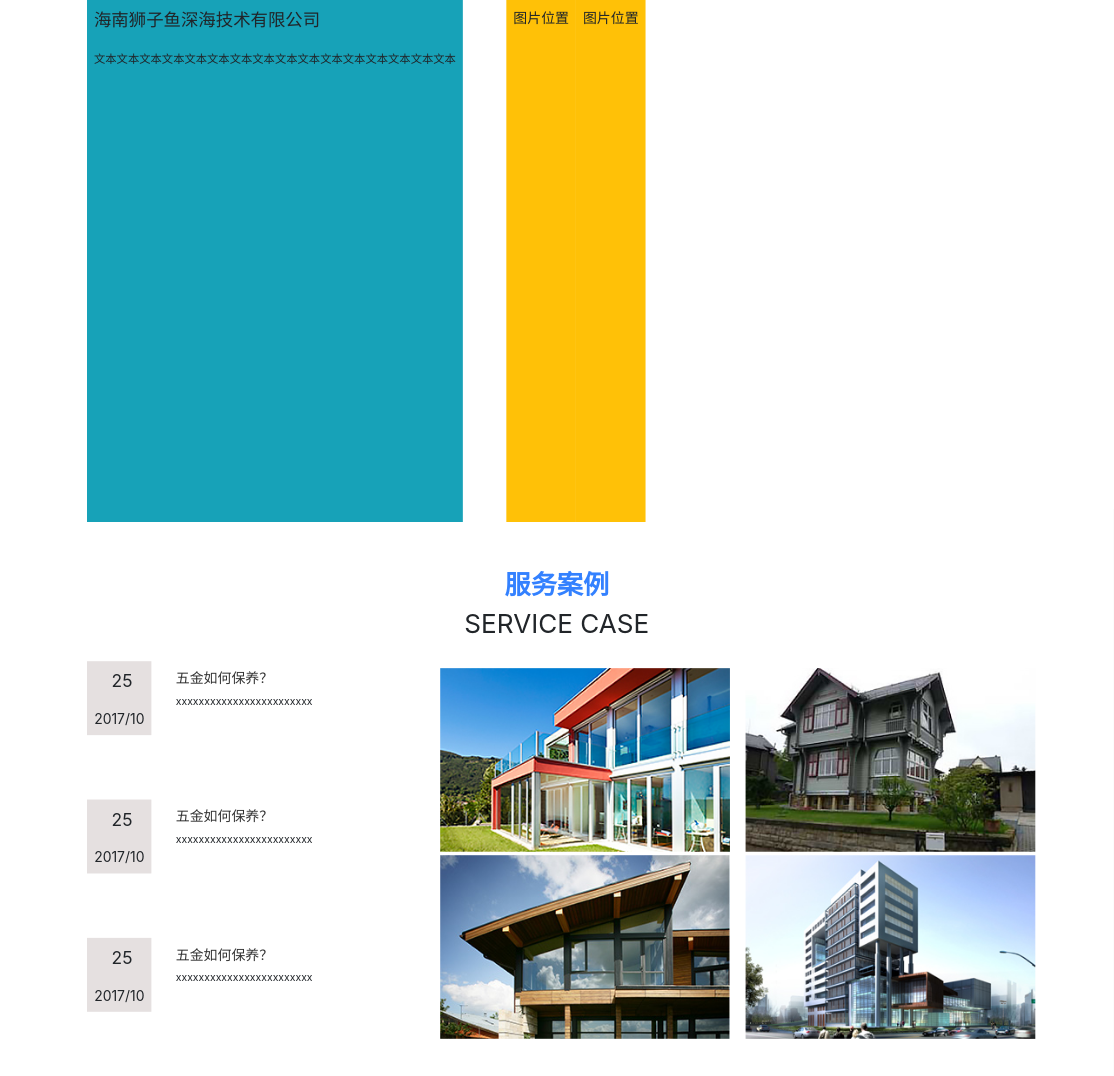
Repository: Noitom/Hadalsnailfish
Page: src/main/resources/static/html/main.html
The author's editor kept a copy of each file at every save. The page is drawn from the files as they stood at one save, then again after the next save.
The browser window is 1280 px wide. The pictures show the whole page, at 87% of full size.

Above is the page before, as saved 2021-12-14 18:03:34.
Console error: TypeError: Cannot read properties of undefined (reading 'offsetTop')

### src/main/resources/static/html/main.html
<!DOCTYPE html>
<html lang="zh-CN">
<head>
    <meta charset="utf-8">
    <meta http-equiv="X-UA-Compatible" content="IE=edge">
    <meta name="viewport" content="width=device-width, initial-scale=1">
    <title>深海狮子鱼</title>
    <link href="../bootstrap/css/bootstrap.min.css" rel="stylesheet">
    <link href="../css/cl-css.css" rel="stylesheet">
    <link href="../font-awesome/css/font-awesome.min.css" rel="stylesheet">
    <link href="../element/element.css" rel="stylesheet" type="text/css">
    <link href="../bootstrap/css/bootstrap-responsive.min.css" rel="stylesheet" type="text/css">
    <style>
        .el-carousel__item h3 {
            color: #475669;
            font-size: 14px;
            opacity: 0.75;
            line-height: 150px;
            margin: 0;
        }

        .el-row {
            margin-bottom: 20px;
        &:last-child {
             margin-bottom: 0;
         }
        }
        .el-col {
            border-radius: 4px;
        }
        .bg-purple-dark {
            background: #99a9bf;
        }
        .bg-purple {
            background: #d3dce6;
        }
        .bg-purple-light {
            background: #e5e9f2;
        }
        .grid-content {
            border-radius: 4px;
            min-height: 36px;
        }
        .row-bg {
            padding: 10px 0;
            background-color: #f9fafc;
        }
        .szy-contact-way{
            width: 220px;
            height: 230px;
            border: 2px solid #d4d0d0;
            padding-top: 30px;
            padding-bottom: 20px;
        }

    </style>
</head>
<body>
<div id="app" style="background:#fff;">
    <!--首页其他内容展示-->

    <div class="container d-flex flex-wrap szy-tow justify-content-between">
        <div class="d-flex flex-row container">
            <div class="p-2 bg-info szy-tow-1" style="margin-right: 50px;">
                <p>海南狮子鱼深海技术有限公司</p>
                <span>文本文本文本文本文本文本文本文本文本文本文本文本文本文本文本文本</span>
            </div>
            <div class="p-2 bg-warning ">图片位置</div>
            <div class="p-2 bg-warning ">图片位置</div>
          </div>
        <!-- <div class="szy-tow">
            <p>海南狮子鱼深海技术有限公司</p>
            <span>文本文本文本文本文本文本文本文本文本文本文本文本文本文本文本文本</span>
        </div>
        <div class="szy-tow-one">
        </div> -->
        <!-- <transition enter-active-class="animated bounceInRight">
            <div class="container-tow" style="background: url(../img/border.webp);" ref="part1" v-show="part1flag">
                <span class="word">关于我们:</span>
                <div class="word-1">
                    <span>{{message}}</span></div>
                <div class="image-1" style="background: url(../img/img-1.webp) no-repeat;"></div>
                <div class="image-2" style="background: url(../img/img-2.webp);"></div>
                <div class="but-1">
                    <a href="#">
                        <span>xxxx</span>
                    </a>
                </div>
                <div class="but-2">
                    <span> > </span>
                    </a>
                </div>
            </div>
        </transition> -->
    </div>


    <!-- <div class="jumbotron">
    <div class="container">
    展示内容预留位置
    </div> -->

    <!-- </div> -->

    <!--首页其他内容展示-->
    <!--<div class="container-fluid"-->
         <!--style="background: url('../img/AD0Iz_PkBhACGAAgvZLxygUo8LKV8AYwgA844QU.jpg') repeat-y center;height: 737px;width: 100%">-->
        <!--<div class="container">-->
            <!--<div style="width: 1200px;">-->
                <!--<transition enter-active-class="animated bounceInRight">-->
                    <!--<div class="row" ref="part2" v-show="part2flag">-->
                        <!--<div class="col-md-4"-->
                             <!--style="height: 735px;background: url('../img/AD0Iz_PkBhAEGAAgu5LxygUomNWtNzDgAjjWAw.png.webp') no-repeat center;">-->
                            <!--<div class="d-flex flex-column justify-content-around align-items-center"-->
                                 <!--style="height: 735px;padding-bottom: 150px;padding-top: 150px">-->
                                <!--<div class="p-2">-->
                                    <!--<p style="color: rgb(255, 255, 255); font-family: 微软雅黑; font-size: 54px; background-color: transparent;">-->
                                        <!--我们的优势</p>-->
                                    <!--<p style="font-family: 微软雅黑; color: rgb(255, 255, 255); font-size: 22px;">-->
                                        <!--15年经验铸就坚硬的品牌理念</p>-->
                                <!--</div>-->
                                <!--<div class="p-2">-->
                                    <!--<div style="position: relative;right: 50px">-->
                                        <!--<p style="color: rgb(255, 255, 255);  font-size: 18px; background-color: transparent;">-->
                                            <!--FINAL QUALITY OF INTERNATIONAL</p>-->
                                        <!--<p style="color: rgb(255, 255, 255); font-family: 微软雅黑; font-size: 18px; background-color: transparent;">-->
                                            <!--&nbsp;&nbsp;&nbsp;&nbsp;&nbsp;&nbsp;&nbsp;&nbsp;&nbsp;&nbsp;&nbsp;&nbsp;&nbsp;&nbsp;&nbsp;&nbsp;&nbsp;&nbsp;&nbsp;&nbsp;&nbsp;ADVANCED-->
                                            <!--TECHNOLOGY</p>-->
                                    <!--</div>-->
                                <!--</div>-->
                            <!--</div>-->
                        <!--</div>-->
                        <!--<div class="col-md-7" style="height: 735px;">-->
                            <!--<div class="d-flex flex-column justify-content-around align-items-center"-->
                                 <!--style="height: 735px;padding-bottom: 100px;padding-top: 100px;padding-left: 100px">-->
                                <!--<div class="d-flex flex-row " style=" height: 100px;width: 100%">-->
                                    <!--<img src="../img/AD0Iz_PkBhAEGAAgupLxygUotcqk4QMwVThV.png.webp"-->
                                         <!--style="height: 85px;width: 85px">-->
                                    <!--<div class="d-flex flex-column" style="padding-left: 50px">-->
                                        <!--<p class="szy-yahei-22px-blue">国际认证品牌</p>-->
                                        <!--<p class="szy-yahei-18px-white">CERUFICATION</p>-->
                                        <!--<p class="szy-yahei-16px-white">一系列突破性的创新给了我们公司的产品当之无愧的全球声誉</p>-->
                                    <!--</div>-->
                                <!--</div>-->
                                <!--<div class="d-flex flex-row " style=" height: 100px;width: 100%">-->
                                    <!--<img src="../img/AD0Iz_PkBhAEGAAguJLxygUoqpuiGzBVOFU.png.webp"-->
                                         <!--style="height: 85px;width: 85px">-->
                                    <!--<div class="d-flex flex-column" style="padding-left: 50px">-->
                                        <!--<p class="szy-yahei-22px-blue">国际认证品牌</p>-->
                                        <!--<p class="szy-yahei-18px-white">CERUFICATION</p>-->
                                        <!--<p class="szy-yahei-16px-white">一系列突破性的创新给了我们公司的产品当之无愧的全球声誉</p>-->
                                    <!--</div>-->
                                <!--</div>-->
                                <!--<div class="d-flex flex-row " style=" height: 100px;width: 100%">-->
                                    <!--<img src="../img/AD0Iz_PkBhAEGAAgu5LxygUozp2n1AIwVThV.png.webp"-->
                                         <!--style="height: 85px;width: 85px">-->
                                    <!--<div class="d-flex flex-column" style="padding-left: 50px">-->
                                        <!--<p class="szy-yahei-22px-blue">国际认证品牌</p>-->
                                        <!--<p class="szy-yahei-18px-white">CERUFICATION</p>-->
                                        <!--<p class="szy-yahei-16px-white">一系列突破性的创新给了我们公司的产品当之无愧的全球声誉</p>-->
                                    <!--</div>-->
                                <!--</div>-->
                            <!--</div>-->
                        <!--</div>-->
                    <!--</div>-->
                <!--</transition>-->
            <!--</div>-->
        <!--</div>-->
    <!--</div>-->

    <!--<div class="jumbotron-i">-->
        <!--<transition enter-active-class="animated bounceInRight">-->
            <!--<div class="container" ref="part3" v-show="part3flag">-->

                <!--<div class="d-flex flex-column justify-content-around" style="height: 670px;">-->
                    <!--<div class="d-flex flex-column justify-content-around" style="height: 200px;width: 100%">-->
                        <!--<div>-->
                            <!--<h2>产品介绍</h2>-->
                            <!--<h5>PRODUCT INTRODUCTION</h5>-->
                        <!--</div>-->
                    <!--</div>-->
                    <!--<div class="d-flex flex-row justify-content-around" style="height: 470px;width: 100%">-->
                        <!--<div style="height: 360px;width: 250px;">-->
                            <!--<img src="../img/chanping1.webp" class="szy-index-img">-->
                            <!--<p style="font-size: 30px; text-align:center">xxx</p>-->
                        <!--</div>-->
                        <!--<div style="height: 360px;width: 250px;">-->
                            <!--<img src="../img/chanping1.webp" class="szy-index-img">-->
                            <!--<p style="font-size: 30px; text-align:center">xxx</p>-->
                        <!--</div>-->
                        <!--<div style="height: 360px;width: 250px;">-->
                            <!--<img src="../img/chanping1.webp" class="szy-index-img">-->
                            <!--<p style="font-size: 30px; text-align:center">xxx</p>-->
                        <!--</div>-->
                        <!--<div style="height: 360px;width: 250px;">-->
                            <!--<img src="../img/chanping1.webp" class="szy-index-img">-->
                            <!--<p style="font-size: 30px; text-align:center">xxx</p>-->
                        <!--</div>-->
                    <!--</div>-->
                <!--</div>-->

            <!--</div>-->
        <!--</transition>-->
    <!--</div>-->

    <!--<div class="container-fluid"-->
         <!--style="background: url('../img/AD0Iz_PkBhACGAAgvZLxygUo3KbZmwUwgA842gQ.jpg') repeat-y center;height: 600px;width: 100%">-->
        <!--<transition enter-active-class="animated bounceInRight">-->
            <!--<div class="container" ref="part4" v-show="part4flag">-->
                <!--<div class="d-flex flex-column justify-content-around "-->
                     <!--style="width: 1200px;height: 600px;padding-bottom: 100px;padding-top: 100px">-->
                    <!--<div>-->
                        <!--<p style="font-family: 微软雅黑; font-size: 30px; color: rgb(255, 255, 255);margin-bottom: 0">-->
                            <!--制造工艺流程</p>-->
                        <!--<p style="font-family: 微软雅黑; font-size: 15px; color: rgb(0, 0, 0);">MANUFACTURING PROCESS</p>-->
                    <!--</div>-->
                    <!--<div class="d-flex flex-column justify-content-around " style="width: 100%;height: 300px;">-->
                        <!--<div style="position: relative;left: 75px;margin-bottom: 10px;padding-top: 25px">-->
                            <!--<img src="../img/AD0Iz_PkBhAEGAAg0P3xygUomLSmbjCgCDgU.png.webp">-->
                        <!--</div>-->
                        <!--<div class="d-flex justify-content-between ">-->
                            <!--<div class="d-flex flex-column align-items-center">-->
                                <!--<img src="../img/AD0Iz_PkBhAEGAAg6-3xygUooLKNxwcwmAE4mAE.png.webp">-->
                                <!--<p style="font-family: 微软雅黑; font-size: 16px; color: rgb(255, 255, 255);margin-top: 20px">-->
                                    <!--确认需求</p>-->
                            <!--</div>-->
                            <!--<div class="d-flex flex-column align-items-center">-->
                                <!--<img src="../img/AD0Iz_PkBhAEGAAg6-3xygUooLKNxwcwmAE4mAE.png.webp">-->
                                <!--<p style="font-family: 微软雅黑; font-size: 16px; color: rgb(255, 255, 255);margin-top: 20px">-->
                                    <!--确认需求</p>-->
                            <!--</div>-->
                            <!--<div class="d-flex flex-column align-items-center">-->
                                <!--<img src="../img/AD0Iz_PkBhAEGAAg6-3xygUooLKNxwcwmAE4mAE.png.webp">-->
                                <!--<p style="font-family: 微软雅黑; font-size: 16px; color: rgb(255, 255, 255);margin-top: 20px">-->
                                    <!--确认需求</p>-->
                            <!--</div>-->
                            <!--<div class="d-flex flex-column align-items-center">-->
                                <!--<img src="../img/AD0Iz_PkBhAEGAAg6-3xygUooLKNxwcwmAE4mAE.png.webp">-->
                                <!--<p style="font-family: 微软雅黑; font-size: 16px; color: rgb(255, 255, 255);margin-top: 20px">-->
                                    <!--确认需求</p>-->
                            <!--</div>-->
                            <!--<div class="d-flex flex-column align-items-center">-->
                                <!--<img src="../img/AD0Iz_PkBhAEGAAg6-3xygUooLKNxwcwmAE4mAE.png.webp">-->
                                <!--<p style="font-family: 微软雅黑; font-size: 16px; color: rgb(255, 255, 255);margin-top: 20px">-->
                                    <!--确认需求</p>-->
                            <!--</div>-->
                        <!--</div>-->
                    <!--</div>-->
                <!--</div>-->
            <!--</div>-->
        <!--</transition>-->
    <!--</div>-->


    <div class="container-fluid">
        <div class="d-flex flex-column">
            <div class="d-flex flex-column align-items-center" style="height: 100px;margin-top:30px;">
                <p style="font-size: 30px;color: #3381ff;margin-bottom: 0;margin-top:20px;;font-weight:bold">服务案例</p>
                <p style="font-size: 30px">SERVICE CASE</p>
            </div>
            <div style="margin-top: 30px">
                <div class="d-flex flex-row justify-content-around ">
                    <div >
                        <div class="d-flex flex-column align-items-center" >
                            <div class="d-flex flex-row" style="height: 109px;margin-bottom: 50px">
                                <div class="p-2" style="margin-left: 20px;background-color:hsl(0, 9%, 89%) ;height: 85px;">
                                    <p style="font-size: 20px;margin-left: 20px;">25</p>
                                    <p>2017/10</p>
                                </div>
                                <div class="p-2" style="margin-left: 20px;">
                                    <a href="#" style="display: block;">五金如何保养？</a>
                                    <span style="height: 80px;font-size: 12px;">xxxxxxxxxxxxxxxxxxxxxxxx</span>
                                </div>
                            </div>
                            <div class="d-flex flex-row" style="height: 109px;margin-bottom: 50px">
                                <div class="p-2" style="margin-left: 20px;background-color:hsl(0, 9%, 89%) ;height: 85px;">
                                    <p style="font-size: 20px;margin-left: 20px;">25</p>
                                    <p>2017/10</p>
                                </div>
                                <div class="p-2" style="margin-left: 20px;">
                                    <a href="#" style="display: block;">五金如何保养？</a>
                                    <span style="height: 80px;font-size: 12px;">xxxxxxxxxxxxxxxxxxxxxxxx</span>
                                </div>
                            </div>
                            <div class="d-flex flex-row" style="height: 109px;margin-bottom: 50px">
                                <div class="p-2" style="margin-left: 20px;background-color:hsl(0, 9%, 89%) ;height: 85px;">
                                    <p style="font-size: 20px;margin-left: 20px;">25</p>
                                    <p>2017/10</p>
                                </div>
                                <div class="p-2" style="margin-left: 20px;">
                                    <a href="#" style="display: block;">五金如何保养？</a>
                                    <span style="height: 80px;font-size: 12px;">xxxxxxxxxxxxxxxxxxxxxxxx</span>
                                </div>
                            </div>
                        </div>
                    </div>
                    <!-- 图片区域 -->
                    <div class="d-flex flex-row hidden-phone" >
                        <div class="d-flex flex-row">
                            <div class="p-2 " >
                                <div class="d-flex flex-column">
                                    <div class="p-2"
                                         style="height: 215px;width: 335px;background: url(../img/AD0IhdDxBBACGAAg07CfvgUorZv0twUwzQI40wE.jpg.webp) no-repeat;">
                                    </div>
                                    <div class="p-2 "
                                         style="height: 215px;width: 335px;background: url(../img/AD0IhdDxBBACGAAg0bCfvgUovfrw1AQwzQI40wE.jpg.webp) no-repeat;">
                                    </div>
                                </div>
                            </div>
                            <div class="p-2 " >
                                <div class="d-flex visible-desktop">
                                    <div class="p-2"
                                         style="height: 215px;width: 335px;background: url(../img/AD0IhdDxBBACGAAgv7CfvgUowNfZzAYwzQI40wE.jpg.webp) no-repeat;">
                                    </div>
                                    <div class="p-2"
                                         style="height: 215px;width: 335px;background: url(../img/AD0IhdDxBBACGAAgx7CfvgUo16PphwcwzQI40wE.jpg.webp) no-repeat;">
                                    </div>
                                </div>
                            </div>
                        </div>
                    </div>
                </div>
            </div>
        </div>
    </div>
</div>
<script src="../jquery/jquery.min.js"></script>
<script src="../bootstrap/js/bootstrap.min.js"></script>
<script src="../element/vue.js"></script>
<script src="../element/element.js"></script>
<script type="text/javascript">
    //配置对象 options
    new Vue({
        // 配置选项(option)
        // element: 指定用vue来管理页面中的哪个标签区域
        el: '#app',
        data: {
            isCollapse: true,
            imageList:[
                './img/AD0IhdDxBBACGAAg87q03wUomNK66wUwgA840QU.jpg',
                './img/AD0IhdDxBBACGAAg87q03wUokNmXkwUwgA840QU.jpg'
            ],
            message:'公司简介：XXXXXXXXXXXXX',
            show:false,
            part1flag:false,
            part2flag:false,
            part3flag:false,
            part4flag:false,
            number:0,
            mainUrl:'html/test.html'

        },
        methods: {
            handleScroll:function () {
                this.currentScroll = window.pageYOffset;
                this.number = this.currentScroll

                if(this.currentScroll >= this.$refs.part1.offsetTop ){
                    this.part1flag = true
                }
                if(this.currentScroll >= this.$refs.part2.offsetTop + 1200){
                    this.part2flag = true
                }
                if(this.currentScroll >= this.$refs.part3.offsetTop + 1600){
                    this.part3flag = true
                }
                if(this.currentScroll >= this.$refs.part4.offsetTop + 2000){
                    this.part4flag = true
                }
            },
            toIndex:function () {

            },
            toConnect:function () {
                this.mainUrl = 'html/connect.html'
            },
            toHelp:function () {
                this.mainUrl = 'html/help.html'
            }

        },
        mounted:function () {
            window.addEventListener("scroll",this.handleScroll);
            this.part1flag=true
            this.part2flag=true
            this.part3flag=true
            this.part4flag=true
        },
        beforeDestroy() {
            window.removeEventListener("scroll",this.handleScroll)
        },
    });

</script>
</body>
</html>

Loaded but not shown: src/main/resources/static/bootstrap/css/bootstrap.min.css (library); src/main/resources/static/font-awesome/css/font-awesome.min.css (library); src/main/resources/static/element/element.css (library); src/main/resources/static/bootstrap/css/bootstrap-responsive.min.css (library); src/main/resources/static/jquery/jquery.min.js (library); src/main/resources/static/bootstrap/js/bootstrap.min.js (library); src/main/resources/static/element/vue.js (library); src/main/resources/static/element/element.js (library); src/main/resources/static/css/cl-css.css (347 lines, source omitted)

After the next save:
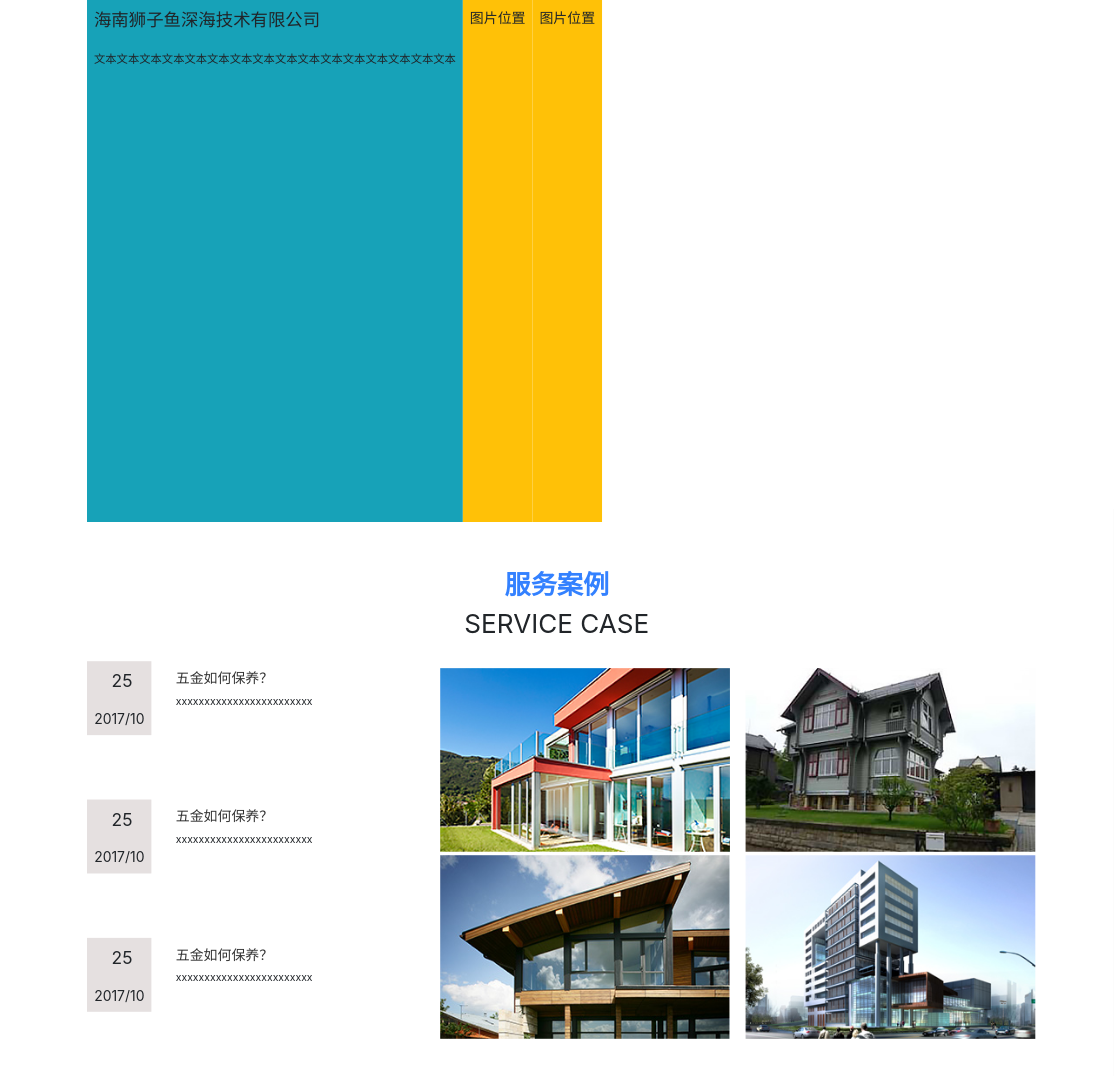
Saved 8 s later.
--- a/src/main/resources/static/html/main.html
+++ b/src/main/resources/static/html/main.html
@@ -61,7 +61,7 @@
 
     <div class="container d-flex flex-wrap szy-tow justify-content-between">
         <div class="d-flex flex-row container">
-            <div class="p-2 bg-info szy-tow-1" style="margin-right: 50px;">
+            <div class="p-2 bg-info szy-tow-1">
                 <p>海南狮子鱼深海技术有限公司</p>
                 <span>文本文本文本文本文本文本文本文本文本文本文本文本文本文本文本文本</span>
             </div>
